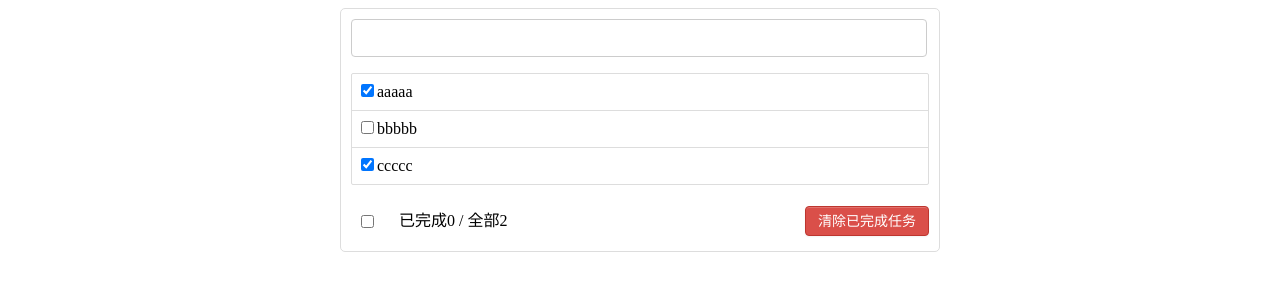
Repository: 319226862/wyy
Page: / (app in vue_test/)
These files come from the project's save history. The page is drawn as it stood at one moment and after the next save; the edit follows.
The browser window is 1280 px wide. The pictures show the whole page.
The project was rebuilt for these pictures with package versions that can differ from the ones it lists, and the page was loaded fresh each time. Also part of the build but not shown: vue_test/vue.config.js.

Above is the page before, as saved 2023-06-20 17:11:03.

### vue_test/public/index.html
<!DOCTYPE html>
<html lang="">
  <head>
    <meta charset="utf-8">
    <!-- 针对IE游览器的一个特殊配置，让IE游览器以最高级别的渲染页面 -->
    <meta http-equiv="X-UA-Compatible" content="IE=edge">
    <meta name="viewport" content="width=device-width,initial-scale=1.0">
    <link rel="icon" href="<%= BASE_URL %>favicon.ico">
    <title><%= htmlWebpackPlugin.options.title %></title>
  </head>
  <body>
    <noscript>
      <strong>We're sorry but <%= htmlWebpackPlugin.options.title %> doesn't work properly without JavaScript enabled. Please enable it to continue.</strong>
    </noscript>
    <div id="app"></div>
    <!-- built files will be auto injected -->
  </body>
</html>

### vue_test/src/main.js
// 引入vue
import Vue from 'vue'
// 引入App组件，他所有组件的父组件
import App from './App.vue'

// 关闭vue生产提示
Vue.config.productionTip = false

// 创建vue实例对象--vm
new Vue({
  render: h => h(App),
}).$mount('#app')

### vue_test/src/App.vue
<template>
  <div id="root">
    <div class="todo-container">
      <div class="todo-wrap">
        <MyHeader :receive="receive"/>
        <MyList :todos="todos" :checkTodo="checkTodo"/>
        <MyFooter />
      </div>
    </div>
  </div>
</template>

<script>
import MyHeader from './components/MyHeader.vue'
import MyFooter from './components/MyFooter.vue'
import MyList from './components/MyList.vue'
export default {
  name:'App',
  data(){
    return{
      todos:[
        {id:'001',title:'aaaaa',done:true},
        {id:'002',title:'bbbbb',done:false},
        {id:'003',title:'ccccc',done:true}
      ]
    }
  },
  components:{
    MyHeader,
    MyList,
    MyFooter
  },
  methods: {
    receive(x) {
      // console.log("接收数据", x)
      this.todos.unshift(x)
    },
    // 数据在那，操作数据在哪
    checkTodo(id){
      this.todos.forEach((todo)=>{
        if(todo.id === id) todo.done = !todo.done
      })
    }
  }
}
</script>
<style>
/*base*/
body {
  background: #fff;
}

.btn {
  display: inline-block;
  padding: 4px 12px;
  margin-bottom: 0;
  font-size: 14px;
  line-height: 20px;
  text-align: center;
  vertical-align: middle;
  cursor: pointer;
  box-shadow: inset 0 1px 0 rgba(255, 255, 255, 0.2), 0 1px 2px rgba(0, 0, 0, 0.05);
  border-radius: 4px;
}

.btn-danger {
  color: #fff;
  background-color: #da4f49;
  border: 1px solid #bd362f;
}

.btn-danger:hover {
  color: #fff;
  background-color: #bd362f;
}

.btn:focus {
  outline: none;
}

.todo-container {
  width: 600px;
  margin: 0 auto;
}
.todo-container .todo-wrap {
  padding: 10px;
  border: 1px solid #ddd;
  border-radius: 5px;
}






</style>

### vue_test/src/components/MyHeader.vue
<template>
  <div class="todo-header">
    <input type="text" @keyup.enter="add" v-model="title" />
  </div>
</template>

<script>
import { nanoid } from "nanoid";

export default {
  name: "MyHeader",
  data() {
    return {
      title: ""
    };
  },
  props: ['receive'],
  methods: {
    add() {
      // 如果title的输入为空，直接return结束函数
      // trim 前后不能为空格
      if (!this.title.trim()) return
      // 将输入包装成todolist的格式
      const a = {id: nanoid(),title: this.title,done: false};
      this.receive(a)
      this.title = ''
    }
  }
};
</script>

<style scoped>
/*header*/
.todo-header input {
  width: 560px;
  height: 28px;
  font-size: 14px;
  border: 1px solid #ccc;
  border-radius: 4px;
  padding: 4px 7px;
}

.todo-header input:focus {
  outline: none;
  border-color: rgba(82, 168, 236, 0.8);
  box-shadow: inset 0 1px 1px rgba(0, 0, 0, 0.075),
    0 0 8px rgba(82, 168, 236, 0.6);
}
</style>

### vue_test/src/components/MyFooter.vue
<template>
  <div class="todo-footer">
    <label>
      <input type="checkbox"/>
    </label>
    <span>
      <span>已完成0</span> / 全部2
    </span>
    <button class="btn btn-danger">清除已完成任务</button>
  </div>
</template>

<script>
export default {
    name:'MyFooter'
}
</script>

<style scoped>
/*footer*/
.todo-footer {
  height: 40px;
  line-height: 40px;
  padding-left: 6px;
  margin-top: 5px;
}

.todo-footer label {
  display: inline-block;
  margin-right: 20px;
  cursor: pointer;
}

.todo-footer label input {
  position: relative;
  top: -1px;
  vertical-align: middle;
  margin-right: 5px;
}

.todo-footer button {
  float: right;
  margin-top: 5px;
}
</style>

### vue_test/src/components/MyList.vue
<template>
  <ul class="todo-main">
    <MyItem v-for="todoObj in todos" :key="todoObj.id" :checkTodo="checkTodo" :todo="todoObj"/>
  </ul>
</template>

<script>
import MyItem from './MyItem.vue'
export default {
    name:'MyList',
    components:{
      MyItem
  },
    props:['todos','checkTodo']
    // data(){
    //   return {
    //     todos:[
    //       {id:'001',title:'aaaaa',done:true},
    //       {id:'002',title:'bbbbb',done:false},
    //       {id:'003',title:'ccccc',done:true}
    //     ]
    //   }
    // }
}
</script>

<style scoped>
/*main*/
.todo-main {
  margin-left: 0px;
  border: 1px solid #ddd;
  border-radius: 2px;
  padding: 0px;
}

.todo-empty {
  height: 40px;
  line-height: 40px;
  border: 1px solid #ddd;
  border-radius: 2px;
  padding-left: 5px;
  margin-top: 10px;
}
</style>

### vue_test/src/components/MyItem.vue
<template>
  <li>
    <label>
      <input type="checkbox" :checked="todo.done" @change="handleCheck(todo.id)"/>
      <span>{{ todo.title }}</span>
    </label>
    <button class="btn btn-danger">删除</button>
  </li>
</template>

<script>
export default {
    name:'MyItem',
    // 声明接收对象
    props:['todo','checkTodo'],
    // mounted(){
    //   console.log(this.todo)
    // }
    methods: {
      handleCheck(id){
        // 将对应todo对象的done值取反
        this.checkTodo(id)
      }
    }
}
</script>

<style scoped>

/*item*/

li {
  list-style: none;
  height: 36px;
  line-height: 36px;
  padding: 0 5px;
  border-bottom: 1px solid #ddd;
}

li label {
  float: left;
  cursor: pointer;
}

li label li input {
  vertical-align: middle;
  margin-right: 6px;
  position: relative;
  top: -1px;
}

li button {
  float: right;
  display: none;
  margin-top: 3px;
}

li:before {
  content: initial;
}

li:last-child {
  border-bottom: none;
}

li:hover{
  background-color: #ddd;
}
</style>

After the next save:
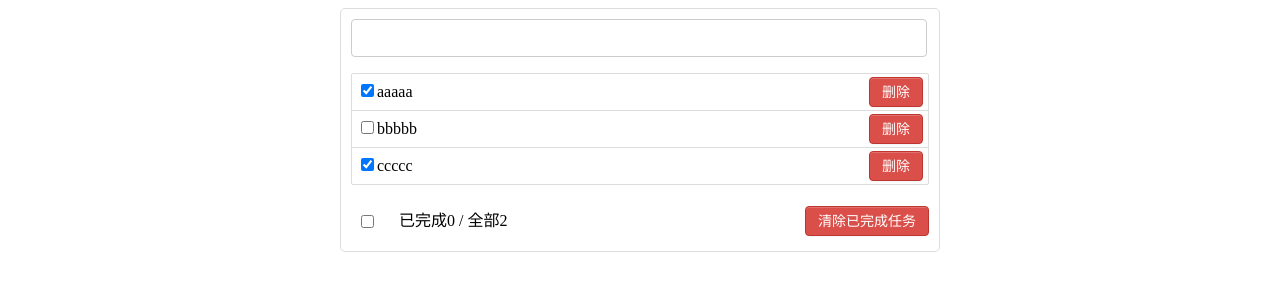
Saved 92 s later.
--- a/vue_test/src/components/MyItem.vue
+++ b/vue_test/src/components/MyItem.vue
@@ -51,7 +51,6 @@ li label li input {
 
 li button {
   float: right;
-  display: none;
   margin-top: 3px;
 }
 
@@ -66,4 +65,7 @@ li:last-child {
 li:hover{
   background-color: #ddd;
 }
+li:hover button{
+  display: block;
+}
 </style>
